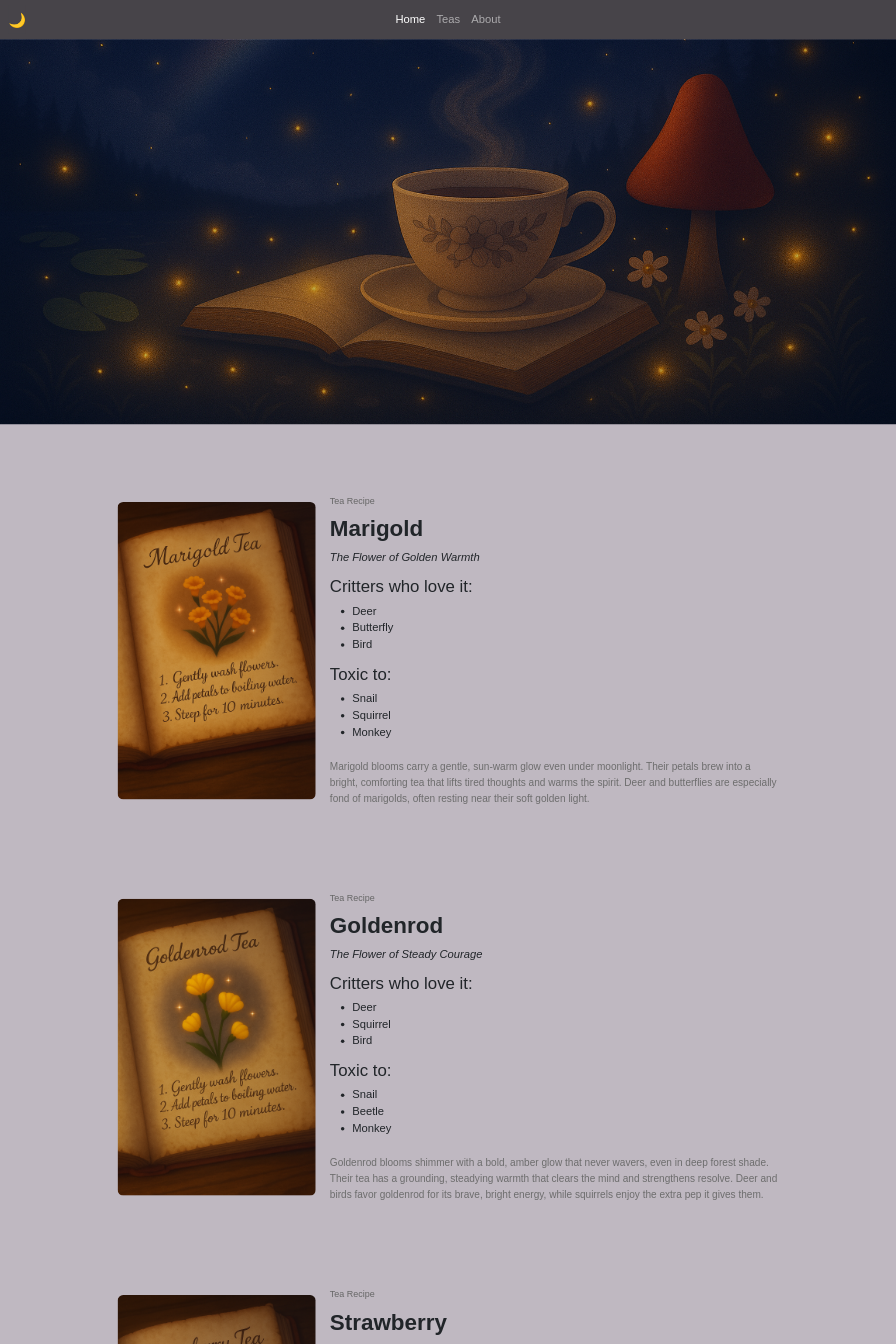
Repository: Brittany-Westlund/WebDesign
Page: FinalProject/contact.html
The author's editor kept a copy of each file at every save. The page is drawn from the files as they stood at one save, then again after the next save.
The browser window is 1280 px wide. The pictures show the part of the page from y = 0 to 1920 px (the page is 3569 px tall before and 3519 px after), at 70% of full size.
A picture or video elsewhere on the page could not be fetched, so the positions and the page height are approximate. Backgrounds fixed to the window are drawn as part of the page.

Above is the page before, as saved 2025-12-03 09:08:47.

### FinalProject/contact.html
<!DOCTYPE html>
<html lang="en">
  <head>
    <meta charset="UTF-8">
    <meta name="viewport" content="width=device-width, initial-scale=1.0">
    <meta name="description" content="A personal website designed to showcase work, ideas, and personality.">
    <title>The title of the browser tab</title>
    <link href="https://cdn.jsdelivr.net/npm/bootstrap@5.3.0/dist/css/bootstrap.min.css" rel="stylesheet">
    <link rel="stylesheet" href="style/style.css">
    <link rel="icon" type="image/x-icon" href="images/favicon.ico">
  </head>
  <body>
   <nav class="navbar navbar-expand-lg sticky-top bg-dark" data-bs-theme="dark">
    <div class="container-fluid">
      <a class="navbar-brand" href="#">🌙</a>
        <button class="navbar-toggler ms-auto" type="button" data-bs-toggle="collapse" data-bs-target="#navbarSupportedContent" aria-controls="navbarSupportedContent" aria-expanded="false" aria-label="Toggle navigation">
          <span class="navbar-toggler-icon"></span>
    </button>
    <div class="collapse navbar-collapse" id="navbarSupportedContent">
    <ul class="navbar-nav mx-auto mb-2 mb-lg-0 align-items-end">
      <li class="nav-item">
        <a class="nav-link active" aria-current="page" href="index.html">Home</a>
      </li>
      <li class="nav-item">
        <a class="nav-link" href="contact.html">Teas</a>
      </li>
      <li class="nav-item">
        <a class="nav-link" href="about.html">About</a>
      </li> <!-- I added this entire list item to Bootstrap's default code. Add more if needed! -->
    </ul>
    </div>
  </div>
  </nav>
    <main>


  <!-- Parallax Banner -->
<section class="moonbow-banner"
         style="background-image: url('images/TeacupBookMagical.png');">
  <div class="moonbow-banner-overlay">
    <div class="moonbow-banner-content">
    </div>
  </div>
</section>




  <!-- Marigold -->

  <div class="blog-preview">
      <img src="images/TeaMarigoldRecipePage.png" alt="A marigold tea recipe page." class="recipe-image">

      <div class="blog-text">
          <p class="date">Tea Recipe</p>

          <h2 class="post-title">Marigold</h2>
          <h6><em>The Flower of Golden Warmth</em></h6>


          <div class="critters-section">
              <h4>Critters who love it:</h4>
              <ul class="critter-list">
                  <li>Deer</li>
                  <li>Butterfly</li>
                  <li>Bird</li>
              </ul>

              <h4>Toxic to:</h4>
              <ul class="critter-list toxic">
                  <li>Snail</li>
                  <li>Squirrel</li>
                  <li>Monkey</li>
              </ul>
          </div>

          <p class="post-preview">
              Marigold blooms carry a gentle, sun-warm glow even under moonlight. Their petals brew into a
              bright, comforting tea that lifts tired thoughts and warms the spirit. Deer and butterflies
              are especially fond of marigolds, often resting near their soft golden light.
          </p>
      </div>
  </div>



  <!-- Goldenrod -->

    <div class="blog-preview">
      <img src="images/TeaGoldenrodRecipePage.png" alt="A goldenrod tea recipe page." class="recipe-image">

      <div class="blog-text">
          <p class="date">Tea Recipe</p>

          <h2 class="post-title">Goldenrod</h2>
          <h6><em>The Flower of Steady Courage</em></h6>


          <div class="critters-section">
              <h4>Critters who love it:</h4>
              <ul class="critter-list">
                  <li>Deer</li>
                  <li>Squirrel</li>
                  <li>Bird</li>
              </ul>

              <h4>Toxic to:</h4>
              <ul class="critter-list toxic">
                  <li>Snail</li>
                  <li>Beetle</li>
                  <li>Monkey</li>
              </ul>
          </div>

          <p class="post-preview">
             Goldenrod blooms shimmer with a bold, amber glow that never wavers, even in deep forest shade. Their tea has a grounding, steadying warmth that clears the mind and strengthens resolve. Deer and birds favor goldenrod for its brave, bright energy, while squirrels enjoy the extra pep it gives them.
          </p>
      </div>
  </div>

<!-- Strawberry -->

    <div class="blog-preview">
      <img src="images/TeaStrawberryRecipePage.png" alt="A strawberry tea recipe page." class="recipe-image">

      <div class="blog-text">
          <p class="date">Tea Recipe</p>

          <h2 class="post-title">Strawberry</h2>
          <h6><em>The Flower of Sweet Cheer</em></h6>


          <div class="critters-section">
              <h4>Critters who love it:</h4>
              <ul class="critter-list">
                  <li>Monkey</li>
                  <li>Squirrel</li>
                  <li>Bird</li>
              </ul>

              <h4>Toxic to:</h4>
              <ul class="critter-list toxic">
                  <li>Snail</li>
                  <li>Beetle</li>
              </ul>
          </div>

          <p class="post-preview">
            Strawberry blossoms carry a bright, playful sweetness that lingers in the air like a soft laugh. Their tea is lively and uplifting, bringing a spark of joy to even the quietest morning. Squirrels adore its sweetness, birds love the fresh fruit scent, and monkey-folk are always drawn to its spirited, cheerful warmth.
          </p>
      </div>
  </div>





  <!-- Tea Rose -->

    <div class="blog-preview">
      <img src="images/TeaRoseRecipePage.png" alt="A tea rose tea recipe page." class="recipe-image">

      <div class="blog-text">
          <p class="date">Tea Recipe</p>

          <h2 class="post-title">Tea Rose</h2>
          <h6><em>The Flower of Quiet Heart</em></h6>


          <div class="critters-section">
              <h4>Critters who love it:</h4>
              <ul class="critter-list">
                  <li>Snail</li>
                  <li>Butterfly</li>
                  <li>Deer</li>
              </ul>

              <h4>Toxic to:</h4>
              <ul class="critter-list toxic">
                  <li>Monkey</li>
                  <li>Squirrel</li>
                  <li>Beetle</li>
              </ul>
          </div>

          <p class="post-preview">
            Tea roses hold a gentle, fragrant calm, their petals collecting dew like tiny pearls. Brewed, they create a soft, soothing tea that eases tight thoughts and brings a quiet warmth to the heart. Snails adore their cool, tender petals, and butterflies drift toward their sweet, peaceful scent.
          </p>
      </div>
  </div>






   <!-- Tea Rose -->

    <div class="blog-preview">
      <img src="images/TeaRoseRecipePage.png" alt="A tea rose tea recipe page." class="recipe-image">

      <div class="blog-text">
          <p class="date">Tea Recipe</p>

          <h2 class="post-title">Tea Rose</h2>
          <h6><em>The Flower of Quiet Heart</em></h6>


          <div class="critters-section">
              <h4>Critters who love it:</h4>
              <ul class="critter-list">
                  <li>Snail</li>
                  <li>Butterfly</li>
                  <li>Deer</li>
              </ul>

              <h4>Toxic to:</h4>
              <ul class="critter-list toxic">
                  <li>Monkey</li>
                  <li>Squirrel</li>
                  <li>Beetle</li>
              </ul>
          </div>

          <p class="post-preview">
            Tea roses hold a gentle, fragrant calm, their petals collecting dew like tiny pearls. Brewed, they create a soft, soothing tea that eases tight thoughts and brings a quiet warmth to the heart. Snails adore their cool, tender petals, and butterflies drift toward their sweet, peaceful scent.
          </p>
      </div>
  </div>



    </main>
    <footer>
      <p>&copy; <span id="year"></span> Brittany Westlund | Teas of the Moonbow</p>

      <script>
      document.getElementById("year").textContent = new Date().getFullYear();
      </script>
    </footer>
    <script src="https://cdn.jsdelivr.net/npm/bootstrap@5.3.0/dist/js/bootstrap.bundle.min.js"></script>
  </body>
</html>

### FinalProject/style/style.css
.playwrite-us-trad-guides-regular {
  font-family: "Playwrite US Trad Guides", cursive;
  font-weight: 400;
  font-style: normal;
}


.raleway-regular {
  font-family: "Raleway", sans-serif;
  font-optical-sizing: auto;
  font-weight: 200;
  font-style: normal;
}


body {
  background-color: #bfb8c1;
  margin: 0;
  font-family: "Raleway", sans-serif;
}

.navbar-brand {
  position: absolute;
  top: 8px;
  background-color: #474449;
}

.bg-dark {
  background-color: #474449 !important;
}



.carousel-item img {
  max-height: 680px;
  object-fit: cover;
  width: 100%;
}

header {
  text-align: center;
  margin-top: 2rem;
  margin-bottom: 1.5rem;
}

.gallery {
  display: grid;
  grid-template-columns: repeat(auto-fit, minmax(400px, 1fr));
  gap: 10px;
  margin: auto;
  padding: 10px;
}

.item {
  background-color: #fcf9ff;
  border-radius: 8px;
  aspect-ratio: 1 / 1;
  display: flex;
  justify-content: center;
}

.item img {
  padding: 0;
  width: 100%;
  height: auto; /* maintains the image's aspect ratio */
  display: block; /* clears any space after the image */
  border-radius: 8px;

}

.item p {
  text-align: center;
  display: flex;
  align-items: center;
  font-size: 10px;
}

footer {
  text-align: center;
  background-color: #474449;
  height: 50px;
  padding-top: 15px;
  color: #aeabab;
  font-size: 12px !important;
}









.page-wrapper {
  max-width: 800px;
  margin: 0 auto;
  padding: 20px;
}

/* The featured section */
.featured-section {
  display: grid;
  grid-template-columns: 1fr 2fr;
  grid-template-rows: auto auto;
  gap: 10px;
  align-items: start;
}


.blog-preview {
  display: flex; /* activates Flexbox */
  flex-direction: row; /* aligns items in a row (default, but explicit is good) */
  align-items: center; /* vertically centers items within the row */
  gap: 20px; /* adds space between items */
  max-width: 80%; /* controls total width of the content block */
  margin: 80px auto; /* centers on page with top/bottom space */
  padding: 20px 40px; /* adds subtle inner space from edges */
}

.blog-preview img {
  width: 30%;      /* image takes up 45% of the total width of .blog-preview */
  height: auto;    /* keeps proportions correct */
  border-radius: 8px; /* optional, softens corners */
}

.blog-list {
  display: flex;
  flex-direction: column;
  gap: 10px;
  max-width: 100%;
}
.blog-text {
  display: flex;
  flex-direction: column; /* stacks each text element vertically */
  gap: 10px; /* adds consistent space between elements */
}
.date {
  font-family: Arial, Helvetica, sans-serif;
  font-size: 0.8rem;
  color: #666;
  margin: 0;
}

.post-title {
  font-family: Arial, Helvetica, sans-serif;
  font-size: 2rem;
  font-weight: 600;
  line-height: 1.3;
  margin: 0;
}

.post-preview {
  font-family: Arial, Helvetica, sans-serif;
  font-size: 0.9rem;
  color: #6d6d6d;
  line-height: 1.6;
  margin: 0;
}

.read-more {
  font-family: Arial, Helvetica, sans-serif;
  text-decoration: none;
  font-weight: bold;
  color: #8fafa7;
  margin-top: 10px;
}




.right-column {
  grid-column: 2;
  grid-row: 1 / 3; /* spans both rows — hero + cards */
  display: flex;
  flex-direction: column;
  gap: 20px;
}

.hero {
  grid-column: 2;
  grid-row: 1;
  max-height: 300px;
  overflow: hidden;
}

.hero img {
  width: 100%;
  height: auto;
  display: block;
}





.card-section {
  grid-column: 1 / 3; /* spans both columns */
  grid-row: 2;
  display: flex;
  gap: 10px;
}

.card {
  display: flex;
  flex-direction: column;
  flex: 1;
  gap: 10px;
  padding: 20px;
  background-color: gainsboro;
  max-width: 300px;
  width: 100%;
  margin-bottom: 20px;
}

.card img {
  width: 100%;
  height: auto;
  border-radius: 8px;
}




/* Compact blog previews ONLY inside the featured section */

.featured-section .blog-preview {
  max-width: 100% !important;
  margin: 0px 0 !important;
  padding: 10px 0 !important;   /* removes the 40px left/right padding */
  gap: 10px;
  width: 100%;
  box-sizing: border-box;
}

.featured-section .blog-preview img {
  width: 80px;
}

.featured-section .blog-text {
font-size: 0.6rem;
}

.featured-section .post-preview {
font-size: 0.6rem;
line-height: 1;
}

.featured-section .post-title {
font-size: 0.8rem;
line-height: 1;
}

.featured-section .date {
font-size: 0.5rem;
}

.featured-section .read-more {
margin-top: 0px !important;
}




.featured-section .card {
  height: 290px;
}

.featured-section .card h3 {
  font-size: 1rem;
  margin: 0 0;
}

.featured-section .card p {
  font-size: 0.8rem;
  margin-top: 5px;
}

/* End of featured section */












/* Start of Gallery section */

.gallery {
  display: grid;
  grid-template-columns: repeat(auto-fit, minmax(250px, 1fr));
  gap: 10px;
  margin: auto;
  padding: 10px;
}

.item {
  background-color: #eee8fb;
  border-radius: 8px;
  aspect-ratio: 1 / 1;
  display: flex;
  justify-content: center;
}

.item img {
  padding: 0;
  width: 100%;
  height: auto; /* maintains the image's aspect ratio */
  display: block; /* clears any space after the image */
  border-radius: 8px;

}

.item p {
  text-align: center;
  display: flex;
  align-items: center;
}

/* End of Gallery section */












/* The main footer container */

.footer {
  display: flex; /* Places all footer sections (icons + lists) side by side in a row */
  justify-content: space-between; /* Adds equal space between each section horizontally */
  align-items: flex-start; /* Aligns all sections to the top of the footer */
  background-color: #d5d0dd; /* Sets the footer’s background color */
  padding: 30px 100px; /* Adds space inside the footer: 30px top/bottom, 100px left/right */
  font-family: Arial, Helvetica, sans-serif; /* Sets the font for the entire footer */
}

.footer ul {
  list-style: none; /* Removes the default bullets from list items */
  padding: 0; /* Removes default padding inside the <ul> */
  margin: 0; /* Removes default margin outside the <ul> */
}

.footer li {
  margin-bottom: 6px; /* Adds a little space between each list item */
  font-size: 8px; /* Makes the text slightly smaller for a neat footer look */
}

.social-icons img {
  width: 22px; /* Sets consistent icon size */
  margin-right: 10px; /* Adds space between the icons */
  vertical-align: middle; /* Keeps icons visually aligned with any text nearby */
}



a:focus, button:focus, input:focus {
  outline: 2px solid #4a90e2;
  outline-offset: 2px;
}




.moonbow-banner {
  height: 550px;
  background-size: cover;
  background-position: bottom;
  background-attachment: fixed; /* parallax */
  position: relative;
}

.moonbow-banner-overlay {
  height: 100%;
  width: 100%;
  background: rgba(0, 0, 0, 0.25); /* optional soft darkening */
}

.moonbow-banner-content {
  position: absolute;
  bottom: 40px;
  left: 50%;
  transform: translateX(-50%);
  text-align: center;
  color: #faf7e8;
  text-shadow: 0 0 10px #000;
}


/* Mobile fix: background-attachment: fixed can be janky */
@media (max-width: 768px) {
  .moonbow-banner {
    background-attachment: scroll;
  }

  .moonbow-banner-content h1 {
    font-size: 2rem;
  }

  .moonbow-banner {
    height: 320px;
  }
}







@media (max-width: 600px) {
  /* Styles for mobile screens */
}

@media (min-width: 600px) and (max-width: 1024px) {
  /* Styles for tablets */
}

After the next save:
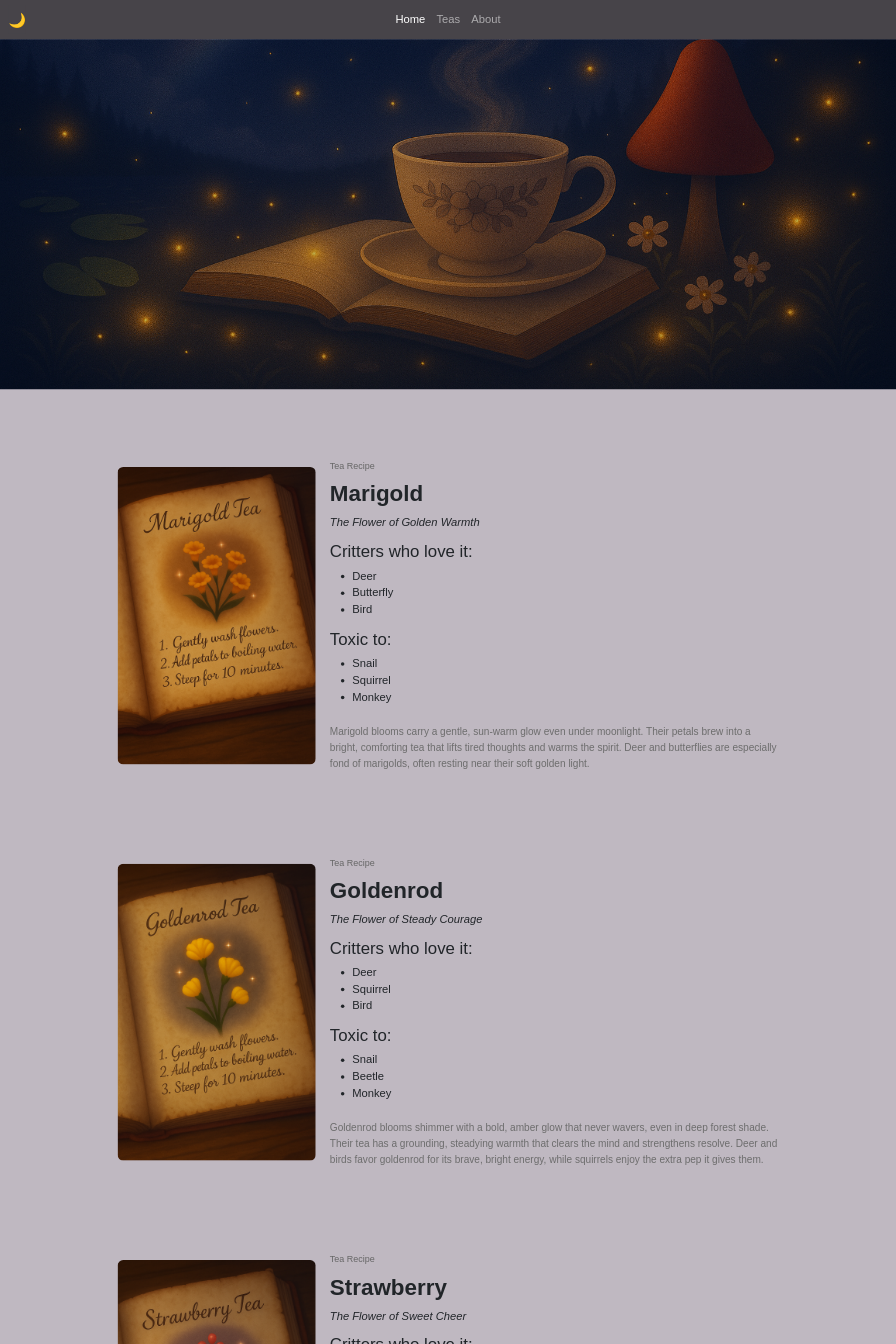
Saved 20 s later.
--- a/FinalProject/style/style.css
+++ b/FinalProject/style/style.css
@@ -374,7 +374,7 @@
 
 
 .moonbow-banner {
-  height: 550px;
+  height: 500px;
   background-size: cover;
   background-position: bottom;
   background-attachment: fixed; /* parallax */
